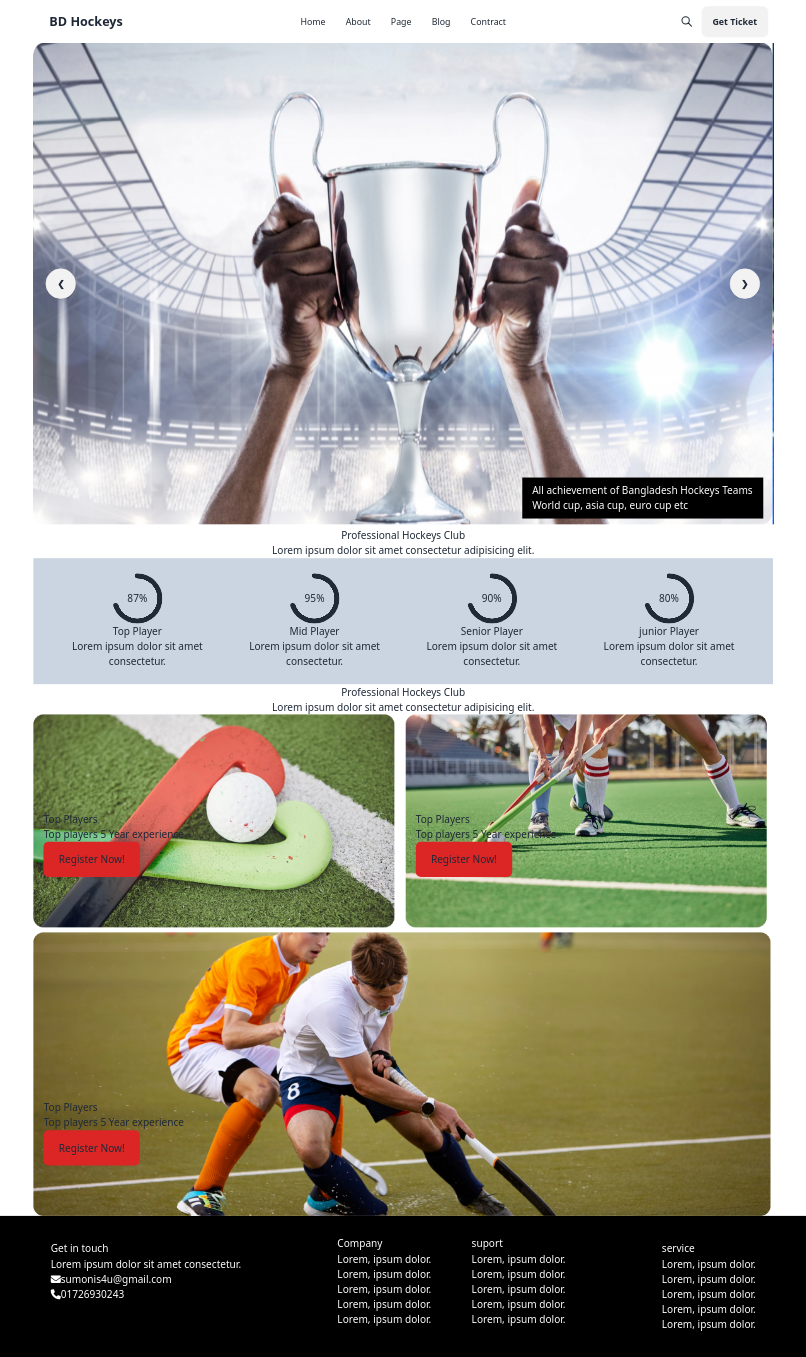
Repository: sumonkumarsarkar/bd-hockeys-team
Page: index.html
An editor plug-in stored every save of this project. The page is shown before and after the next save, followed by the edit.
The browser window is 1280 px wide. The pictures show the whole page, at 63% of full size.
Some web libraries are served in a nearby version.

Above is the page before, as saved 2024-01-23 23:14:42.

### index.html
<!DOCTYPE html>
<html lang="en">
<head>
    <meta charset="UTF-8">
    <meta name="viewport" content="width=device-width, initial-scale=1.0">
    <title>BD Hockeys Team</title>
    <link rel="stylesheet" href="https://cdnjs.cloudflare.com/ajax/libs/font-awesome/6.5.1/css/all.min.css" integrity="sha512-DTOQO9RWCH3ppGqcWaEA1BIZOC6xxalwEsw9c2QQeAIftl+Vegovlnee1c9QX4TctnWMn13TZye+giMm8e2LwA==" crossorigin="anonymous" referrerpolicy="no-referrer" />
    <link href="https://cdn.jsdelivr.net/npm/daisyui@4.6.0/dist/full.min.css" rel="stylesheet" type="text/css" />
    <script src="https://cdn.tailwindcss.com"></script>

</head>
<body>
    <!-- header part start  -->
    <header class="w-11/12 mx-auto">
        <nav>
            <div class="navbar bg-base-100">
                <div class="navbar-start">
                  <div class="dropdown">
                    <div tabindex="0" role="button" class="btn btn-ghost lg:hidden">
                      <svg xmlns="http://www.w3.org/2000/svg" class="h-5 w-5" fill="none" viewBox="0 0 24 24" stroke="currentColor"><path stroke-linecap="round" stroke-linejoin="round" stroke-width="2" d="M4 6h16M4 12h8m-8 6h16" /></svg>
                    </div>
                    <ul tabindex="0" class="menu menu-sm dropdown-content mt-3 z-[1] p-2 shadow bg-base-100 rounded-box w-52">
                      <li><a>Home</a></li>
                      <li><a>About</a></li>
                      <li><a>Page</a></li>
                      <li><a>Blog</a></li>
                      <li><a>Contract</a></li>
                    </ul>
                  </div>
                  <a class="btn btn-ghost text-xl">BD Hockeys</a>
                </div>
                <div class="navbar-center hidden lg:flex">
                  <ul class="menu menu-horizontal px-1">
                    <li><a>Home</a></li>
                      <li><a>About</a></li>
                      <li><a>Page</a></li>
                      <li><a>Blog</a></li>
                      <li><a>Contract</a></li>
                  </ul>
                </div>
                <div class="navbar-end">
                    <div type="search" class="btn btn-ghost btn-circle">
                        <svg xmlns="http://www.w3.org/2000/svg" class="h-5 w-5" fill="none" viewBox="0 0 24 24" stroke="currentColor"><path stroke-linecap="round" stroke-linejoin="round" stroke-width="2" d="M21 21l-6-6m2-5a7 7 0 11-14 0 7 7 0 0114 0z" /></svg>
                      </div>
                  <a class="btn">Get Ticket</a>
                </div>
              </div>
        </nav>



      <!-- banner part start  -->

   <div class=" lg:relative">
    <div>
        <div class="carousel w-full">
            <div id="slide1" class="carousel-item relative w-full">
              <img src="./Images/1.png" class="w-full" alt="bd-hockey" />
              <div class="absolute flex justify-between transform -translate-y-1/2 left-5 right-5 top-1/2">
                <a href="#slide4" class="btn btn-circle">❮</a>
                <a href="#slide2" class="btn btn-circle">❯</a>
              </div>
            </div>
            <div id="slide2" class="carousel-item relative w-full">
              <img src="./Images/banner1.jpeg" class="w-full" alt="bd-hockey" />
              <div class="absolute flex justify-between transform -translate-y-1/2 left-5 right-5 top-1/2">
                <a href="#slide1" class="btn btn-circle">❮</a>
                <a href="#slide3" class="btn btn-circle">❯</a>
              </div>
            </div>
            <div id="slide3" class="carousel-item relative w-full">
              <img src="./Images/banner3.jpg" class="w-full" alt="bd-hockey" />
              <div class="absolute flex justify-between transform -translate-y-1/2 left-5 right-5 top-1/2">
                <a href="#slide2" class="btn btn-circle">❮</a>
                <a href="#slide4" class="btn btn-circle">❯</a>
              </div>
            </div>
            <div id="slide4" class="carousel-item relative w-full">
              <img src="./Images/banner2.jpg" class="w-full" alt="bd-hockey"/>
              <div class="absolute flex justify-between transform -translate-y-1/2 left-5 right-5 top-1/2">
                <a href="#slide3" class="btn btn-circle">❮</a>
                <a href="#slide1" class="btn btn-circle">❯</a>
              </div>
            </div>
          </div>
    </div>
    <div class="lg:absolute bottom-4 right-4">
        <div class="px-4 py-2 bg-black text-white">
            <h2>All achievement of Bangladesh Hockeys Teams</h2>
             <p>World cup, asia cup, euro cup etc</p>
        </div>
    </div>

   </div>

      <!-- banner part end  -->
    </header>
    <!-- header part end  -->




    <!-- main part start  -->
    <main class="w-11/12 mx-auto">
  <section>

       <div class="text-center">
        <h2>Professional Hockeys Club</h2>
        <p>Lorem ipsum dolor sit amet consectetur adipisicing elit.</p>
       </div>

       <!-- card  -->

       <div class="flex flex-col lg:flex-row lg:justify-between bg-slate-300 lg:p-6 ">
        <div class="text-center">
         <div class="radial-progress" style="--value:70;" role="progressbar">87%</div>
         <h3>Top Player</h3>
         <p>Lorem ipsum dolor sit amet consectetur.</p>
        </div>
        <div class="text-center">
            <div class="radial-progress" style="--value:70;" role="progressbar">95%</div>
            <h3>Mid Player</h3>
            <p>Lorem ipsum dolor sit amet consectetur.</p>
        </div>
        <div class="text-center">
            <div class="radial-progress" style="--value:70;" role="progressbar">90%</div>
            <h3>Senior Player</h3>
            <p>Lorem ipsum dolor sit amet consectetur.</p>
        </div>
        <div class="text-center">
            <div class="radial-progress" style="--value:70;" role="progressbar">80%</div>
            <h3>junior Player</h3>
            <p>Lorem ipsum dolor sit amet consectetur.</p>
        </div>
       </div>
  </section>
   <!-- banner section start  -->
   <!-- text part  -->
   <div class="text-center">
    <h2>Professional Hockeys Club</h2>
    <p>Lorem ipsum dolor sit amet consectetur adipisicing elit.</p>
   </div>

 <!-- banner part  -->

<div class="grid grid-cols-1 lg:grid-cols-2 gap-2">
       <!-- banner -1  -->
    <div class=" relative grid grid-cols-1">
        <div>
            <div><img src="./Images/2.png" alt=""></div>
         </div>
         <div class=" absolute bottom-20 left-4">
            <h2>Top Players</h2>
            <p>Top players 5 Year experience </p>
            <button  class="py-4 px-6 rounded-lg bg-red-600" type="button">Register Now!</button>
         </div>
    </div>

     <!-- banner -2  -->

    <div class="relative grid grid-cols-1">
        <div>
            <div><img src="./Images/3.png" alt=""></div>
         </div>
         <div class=" absolute bottom-20 left-4">
            <h2>Top Players</h2>
            <p>Top players 5 Year experience </p>
            <button  class="py-4 px-6 rounded-lg bg-red-600" type="button">Register Now!</button>
         </div>
    </div>

 <!-- banner -3  -->

    <div class="relative col-span-2">
        <div>
            <div><img src="./Images/4.png" alt=""></div>
         </div>
         <div class=" absolute bottom-20 left-4">
            <h2>Top Players</h2>
            <p>Top players 5 Year experience </p>
            <button  class="py-4 px-6 rounded-lg bg-red-600" type="button">Register Now!</button>
         </div>
    </div>

</div>







   <section>



   </section>


   <!-- banner section end  -->

   <!-- social media  part start  -->
<section>


</section>


   <!-- social media  part end  -->

    </main>
        <!-- main part end  -->

<!-- footer part start  -->
        <footer class="w-full mx-auto bg-black">

            <div class="flex justify-around text-white">

                <div class="p-10">
                    <div>
                        <h2>Get in touch</h2>
                        <p>Lorem ipsum dolor sit amet consectetur.</p>
                    </div>
                     <div>
                        <h2> <span><i class="fa-solid fa-envelope"></i></span>sumonis4u@gmail.com</h2>
                        <h2> <span><i class="fa-solid fa-phone"></i></i></span>01726930243</h2>
                     </div>
                  </div>

                 <!-- part-2  -->

                 <div>

                    <div class="flex justify-between">
                        <div class="p-8">
                            <h2>Company</h2>
                            <p>Lorem, ipsum dolor.</p>
                            <p>Lorem, ipsum dolor.</p>
                            <p>Lorem, ipsum dolor.</p>
                            <p>Lorem, ipsum dolor.</p>
                            <p>Lorem, ipsum dolor.</p>
                        </div>
                        <div class="p-8">
                            <h2>suport</h2>
                            <p>Lorem, ipsum dolor.</p>
                            <p>Lorem, ipsum dolor.</p>
                            <p>Lorem, ipsum dolor.</p>
                            <p>Lorem, ipsum dolor.</p>
                            <p>Lorem, ipsum dolor.</p>
                        </div>
                     </div>
                 </div>



                 <!-- part-3  -->

        <div class="p-10">
            <div>
                <h2>service</h2>
                <p>Lorem, ipsum dolor.</p>
                <p>Lorem, ipsum dolor.</p>
                <p>Lorem, ipsum dolor.</p>
                <p>Lorem, ipsum dolor.</p>
                <p>Lorem, ipsum dolor.</p>
            </div>
        </div>



            </div>



        </footer>
        <!-- footer part start  -->
</body>
</html>

After the next save:
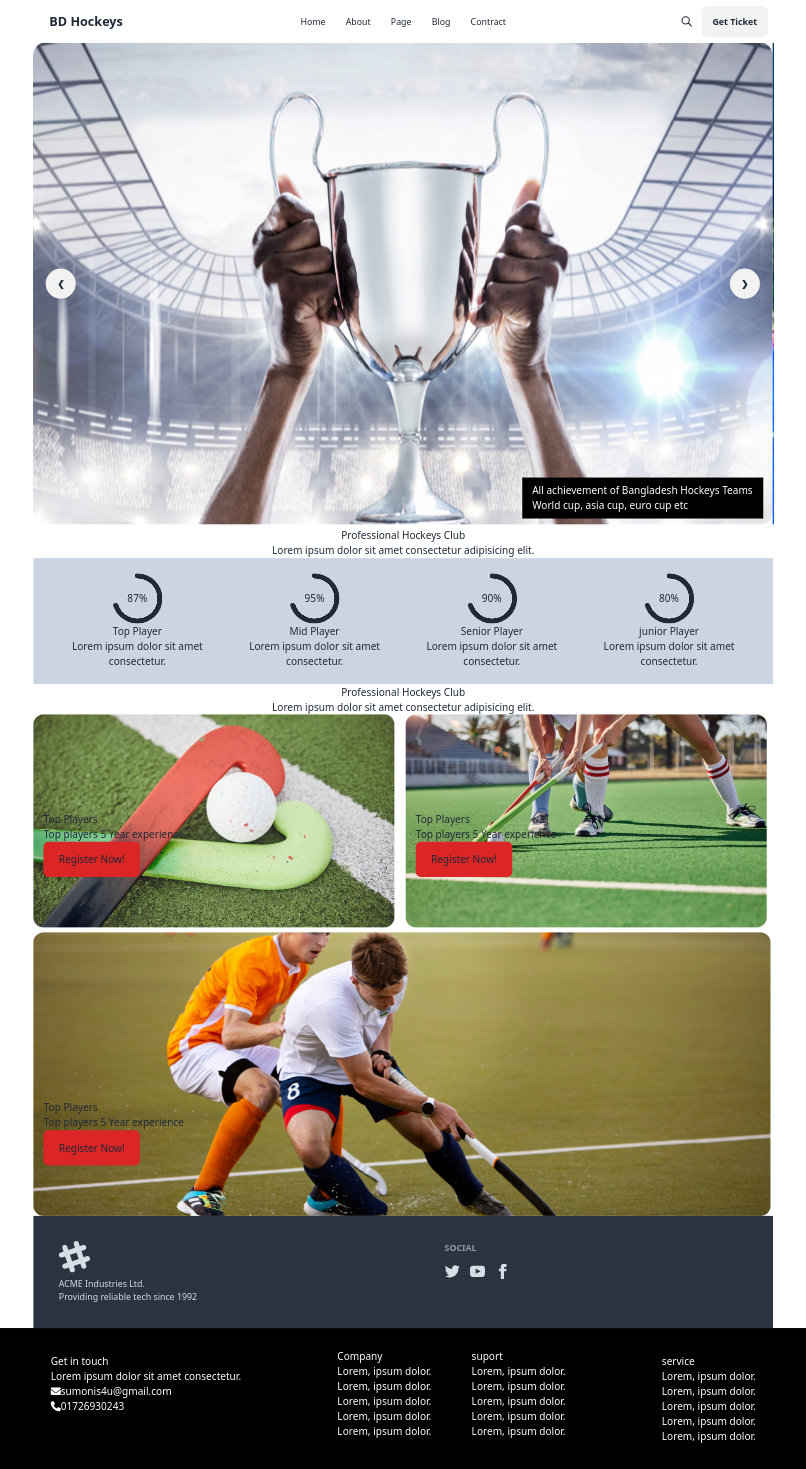
Saved 88 s later.
--- a/index.html
+++ b/index.html
@@ -202,6 +202,20 @@
    <!-- social media  part start  -->
 <section>
 
+    <footer class="footer p-10 bg-neutral text-neutral-content">
+  <aside>
+    <svg width="50" height="50" viewBox="0 0 24 24" xmlns="http://www.w3.org/2000/svg" fill-rule="evenodd" clip-rule="evenodd" class="fill-current"><path d="M22.672 15.226l-2.432.811.841 2.515c.33 1.019-.209 2.127-1.23 2.456-1.15.325-2.148-.321-2.463-1.226l-.84-2.518-5.013 1.677.84 2.517c.391 1.203-.434 2.542-1.831 2.542-.88 0-1.601-.564-1.86-1.314l-.842-2.516-2.431.809c-1.135.328-2.145-.317-2.463-1.229-.329-1.018.211-2.127 1.231-2.456l2.432-.809-1.621-4.823-2.432.808c-1.355.384-2.558-.59-2.558-1.839 0-.817.509-1.582 1.327-1.846l2.433-.809-.842-2.515c-.33-1.02.211-2.129 1.232-2.458 1.02-.329 2.13.209 2.461 1.229l.842 2.515 5.011-1.677-.839-2.517c-.403-1.238.484-2.553 1.843-2.553.819 0 1.585.509 1.85 1.326l.841 2.517 2.431-.81c1.02-.33 2.131.211 2.461 1.229.332 1.018-.21 2.126-1.23 2.456l-2.433.809 1.622 4.823 2.433-.809c1.242-.401 2.557.484 2.557 1.838 0 .819-.51 1.583-1.328 1.847m-8.992-6.428l-5.01 1.675 1.619 4.828 5.011-1.674-1.62-4.829z"></path></svg>
+    <p>ACME Industries Ltd.<br/>Providing reliable tech since 1992</p>
+  </aside>
+  <nav>
+    <header class="footer-title">Social</header>
+    <div class="grid grid-flow-col gap-4">
+      <a><svg xmlns="http://www.w3.org/2000/svg" width="24" height="24" viewBox="0 0 24 24" class="fill-current"><path d="M24 4.557c-.883.392-1.832.656-2.828.775 1.017-.609 1.798-1.574 2.165-2.724-.951.564-2.005.974-3.127 1.195-.897-.957-2.178-1.555-3.594-1.555-3.179 0-5.515 2.966-4.797 6.045-4.091-.205-7.719-2.165-10.148-5.144-1.29 2.213-.669 5.108 1.523 6.574-.806-.026-1.566-.247-2.229-.616-.054 2.281 1.581 4.415 3.949 4.89-.693.188-1.452.232-2.224.084.626 1.956 2.444 3.379 4.6 3.419-2.07 1.623-4.678 2.348-7.29 2.04 2.179 1.397 4.768 2.212 7.548 2.212 9.142 0 14.307-7.721 13.995-14.646.962-.695 1.797-1.562 2.457-2.549z"></path></svg></a>
+      <a><svg xmlns="http://www.w3.org/2000/svg" width="24" height="24" viewBox="0 0 24 24" class="fill-current"><path d="M19.615 3.184c-3.604-.246-11.631-.245-15.23 0-3.897.266-4.356 2.62-4.385 8.816.029 6.185.484 8.549 4.385 8.816 3.6.245 11.626.246 15.23 0 3.897-.266 4.356-2.62 4.385-8.816-.029-6.185-.484-8.549-4.385-8.816zm-10.615 12.816v-8l8 3.993-8 4.007z"></path></svg></a>
+      <a><svg xmlns="http://www.w3.org/2000/svg" width="24" height="24" viewBox="0 0 24 24" class="fill-current"><path d="M9 8h-3v4h3v12h5v-12h3.642l.358-4h-4v-1.667c0-.955.192-1.333 1.115-1.333h2.885v-5h-3.808c-3.596 0-5.192 1.583-5.192 4.615v3.385z"></path></svg></a>
+    </div>
+  </nav>
+</footer>
 
 </section>
 

After the save that followed:
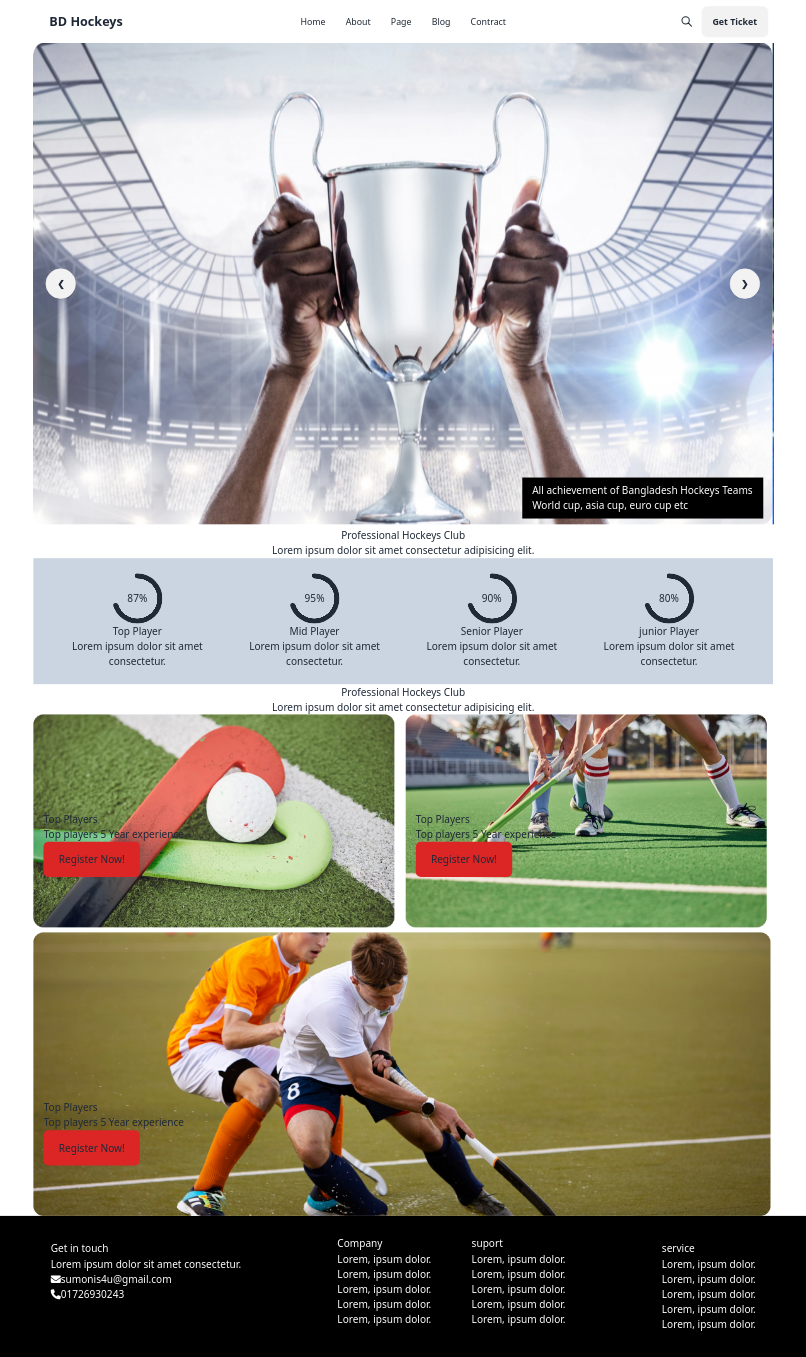
Saved 16 s later.
--- a/index.html
+++ b/index.html
@@ -202,20 +202,7 @@
    <!-- social media  part start  -->
 <section>
 
-    <footer class="footer p-10 bg-neutral text-neutral-content">
-  <aside>
-    <svg width="50" height="50" viewBox="0 0 24 24" xmlns="http://www.w3.org/2000/svg" fill-rule="evenodd" clip-rule="evenodd" class="fill-current"><path d="M22.672 15.226l-2.432.811.841 2.515c.33 1.019-.209 2.127-1.23 2.456-1.15.325-2.148-.321-2.463-1.226l-.84-2.518-5.013 1.677.84 2.517c.391 1.203-.434 2.542-1.831 2.542-.88 0-1.601-.564-1.86-1.314l-.842-2.516-2.431.809c-1.135.328-2.145-.317-2.463-1.229-.329-1.018.211-2.127 1.231-2.456l2.432-.809-1.621-4.823-2.432.808c-1.355.384-2.558-.59-2.558-1.839 0-.817.509-1.582 1.327-1.846l2.433-.809-.842-2.515c-.33-1.02.211-2.129 1.232-2.458 1.02-.329 2.13.209 2.461 1.229l.842 2.515 5.011-1.677-.839-2.517c-.403-1.238.484-2.553 1.843-2.553.819 0 1.585.509 1.85 1.326l.841 2.517 2.431-.81c1.02-.33 2.131.211 2.461 1.229.332 1.018-.21 2.126-1.23 2.456l-2.433.809 1.622 4.823 2.433-.809c1.242-.401 2.557.484 2.557 1.838 0 .819-.51 1.583-1.328 1.847m-8.992-6.428l-5.01 1.675 1.619 4.828 5.011-1.674-1.62-4.829z"></path></svg>
-    <p>ACME Industries Ltd.<br/>Providing reliable tech since 1992</p>
-  </aside>
-  <nav>
-    <header class="footer-title">Social</header>
-    <div class="grid grid-flow-col gap-4">
-      <a><svg xmlns="http://www.w3.org/2000/svg" width="24" height="24" viewBox="0 0 24 24" class="fill-current"><path d="M24 4.557c-.883.392-1.832.656-2.828.775 1.017-.609 1.798-1.574 2.165-2.724-.951.564-2.005.974-3.127 1.195-.897-.957-2.178-1.555-3.594-1.555-3.179 0-5.515 2.966-4.797 6.045-4.091-.205-7.719-2.165-10.148-5.144-1.29 2.213-.669 5.108 1.523 6.574-.806-.026-1.566-.247-2.229-.616-.054 2.281 1.581 4.415 3.949 4.89-.693.188-1.452.232-2.224.084.626 1.956 2.444 3.379 4.6 3.419-2.07 1.623-4.678 2.348-7.29 2.04 2.179 1.397 4.768 2.212 7.548 2.212 9.142 0 14.307-7.721 13.995-14.646.962-.695 1.797-1.562 2.457-2.549z"></path></svg></a>
-      <a><svg xmlns="http://www.w3.org/2000/svg" width="24" height="24" viewBox="0 0 24 24" class="fill-current"><path d="M19.615 3.184c-3.604-.246-11.631-.245-15.23 0-3.897.266-4.356 2.62-4.385 8.816.029 6.185.484 8.549 4.385 8.816 3.6.245 11.626.246 15.23 0 3.897-.266 4.356-2.62 4.385-8.816-.029-6.185-.484-8.549-4.385-8.816zm-10.615 12.816v-8l8 3.993-8 4.007z"></path></svg></a>
-      <a><svg xmlns="http://www.w3.org/2000/svg" width="24" height="24" viewBox="0 0 24 24" class="fill-current"><path d="M9 8h-3v4h3v12h5v-12h3.642l.358-4h-4v-1.667c0-.955.192-1.333 1.115-1.333h2.885v-5h-3.808c-3.596 0-5.192 1.583-5.192 4.615v3.385z"></path></svg></a>
-    </div>
-  </nav>
-</footer>
+
 
 </section>
 
